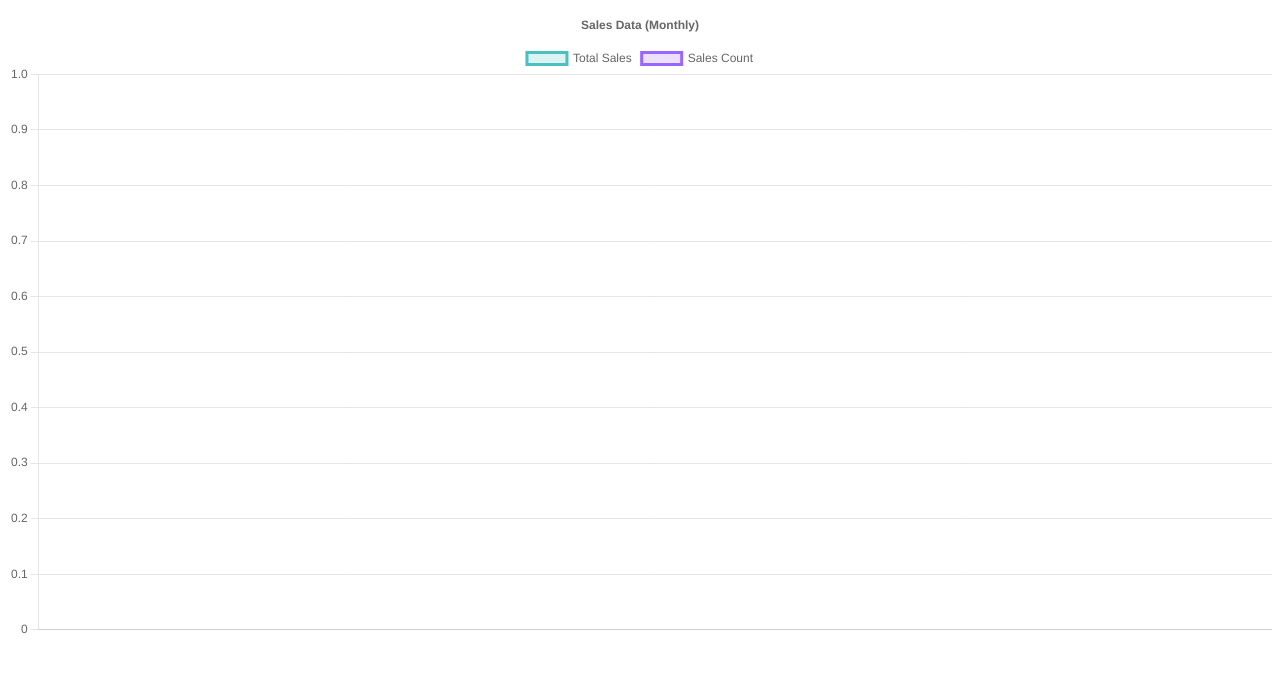
Repository: Qu4ntumGuy/visualize-it
Page: / (app in frontend/)
These files come from the project's save history. The page is drawn as it stood at one moment and after the next save; the edit follows.
The browser window is 1280 px wide. The pictures show the whole page.
The page's requests for data from a server got no answer. The project was rebuilt for these pictures with package versions that can differ from the ones it lists, and the page was loaded fresh each time. No one was signed in, and anything a server would have sent is missing.

Above is the page before, as saved 2024-08-19 13:49:08.

After the next save:
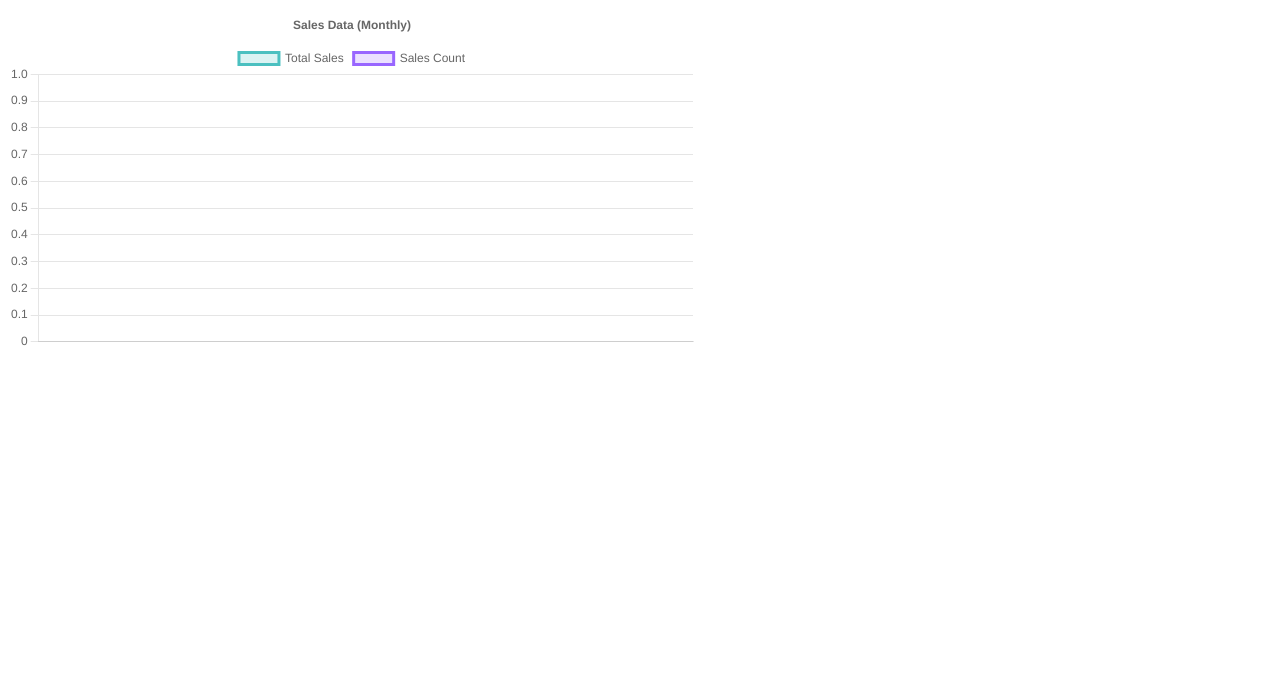
Saved 12 s later.
--- a/frontend/src/App.js
+++ b/frontend/src/App.js
@@ -24,7 +24,7 @@ function App() {
 
   return (
     <div className="h-screen overflow-hidden">
-      <div className="p-2 h-auto w-full">
+      <div className="p-2 h-[50%] w-full">
         <TotalSales dataType={dataType} fetchedData={data} />
       </div>
     </div>
